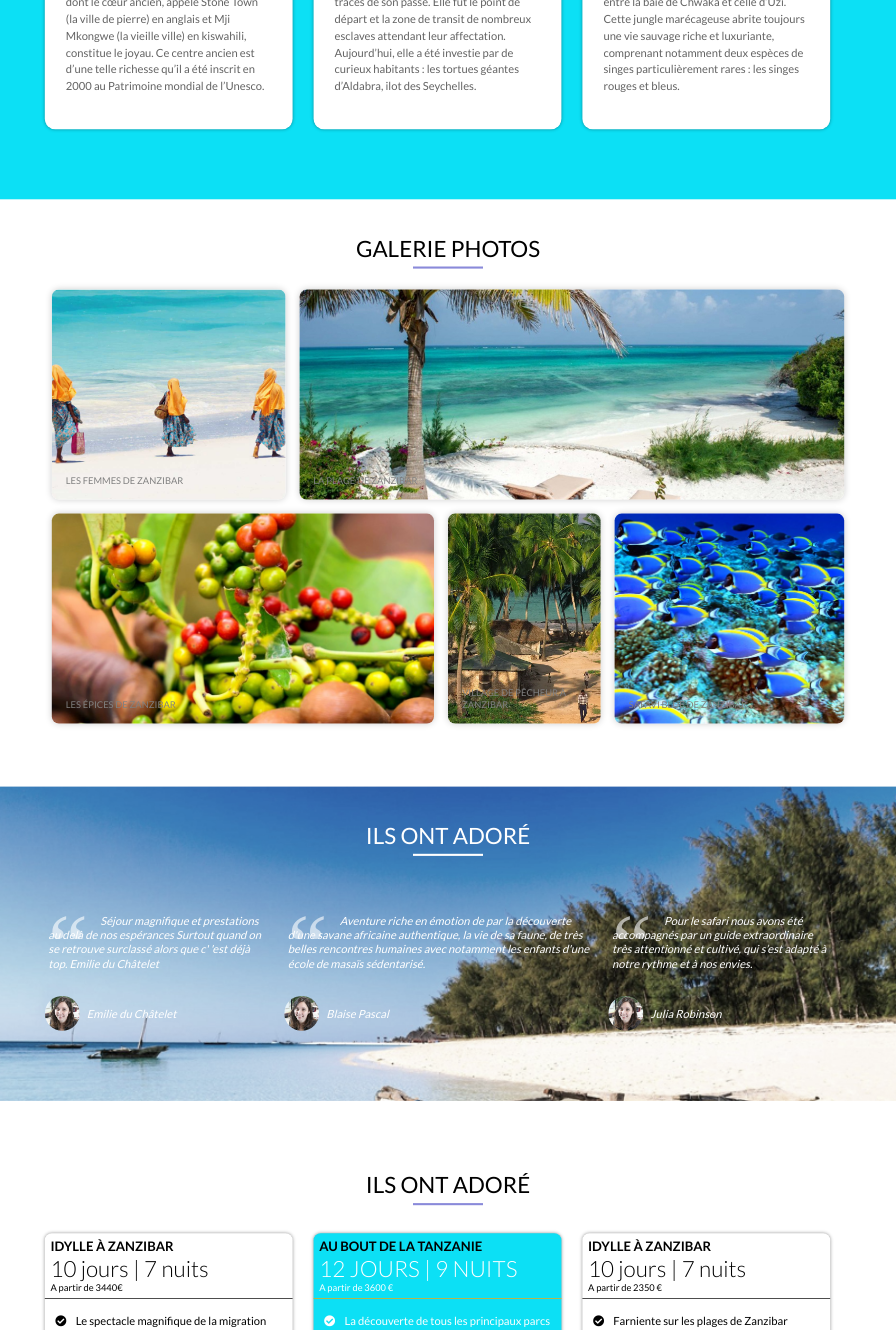
Repository: ypiard85/zanzibar
Page: index.html
These files come from the project's save history. The page is drawn as it stood at one moment and after the next save; the edit follows.
The browser window is 1280 px wide. The pictures show the part of the page from y = 2364 to 4264 px (the page is 5518 px tall before and 5069 px after), at 70% of full size.
Pictures or frames that could not be fetched are drawn as grey boxes. Some web fonts or font styles are not loaded; a fallback is used.

Above is the page before, as saved 2021-03-01 15:13:30.

After the next save:
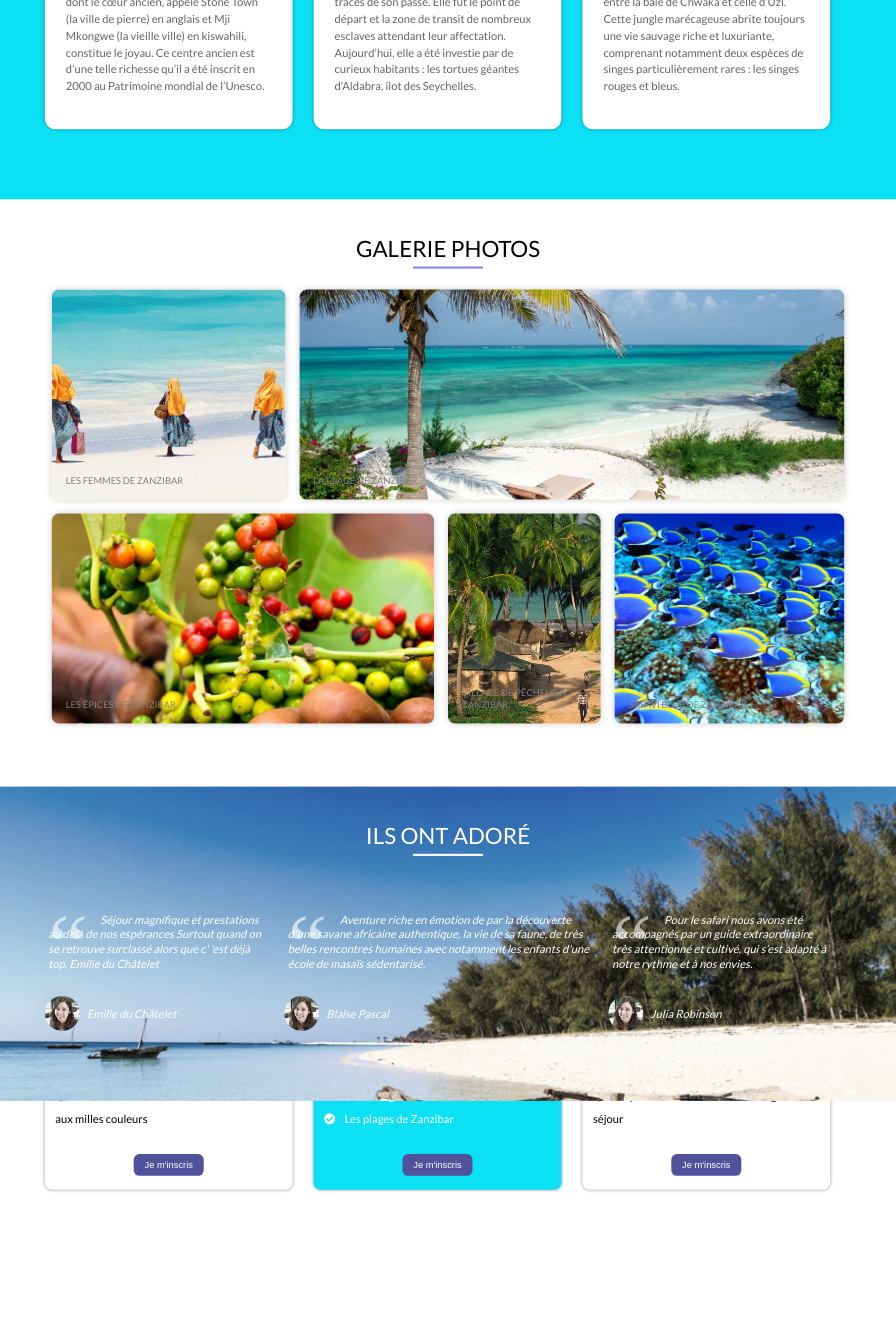
Saved 17 s later.
--- a/style.css
+++ b/style.css
@@ -313,7 +313,7 @@
     background-image: url('./the-paysage.jpg');
     background-repeat: no-repeat;
     background-size: cover;
-    background-position: fixed ;
+    position: fixed;
     filter: grayscale(50%);
 
 }

After the save that followed:
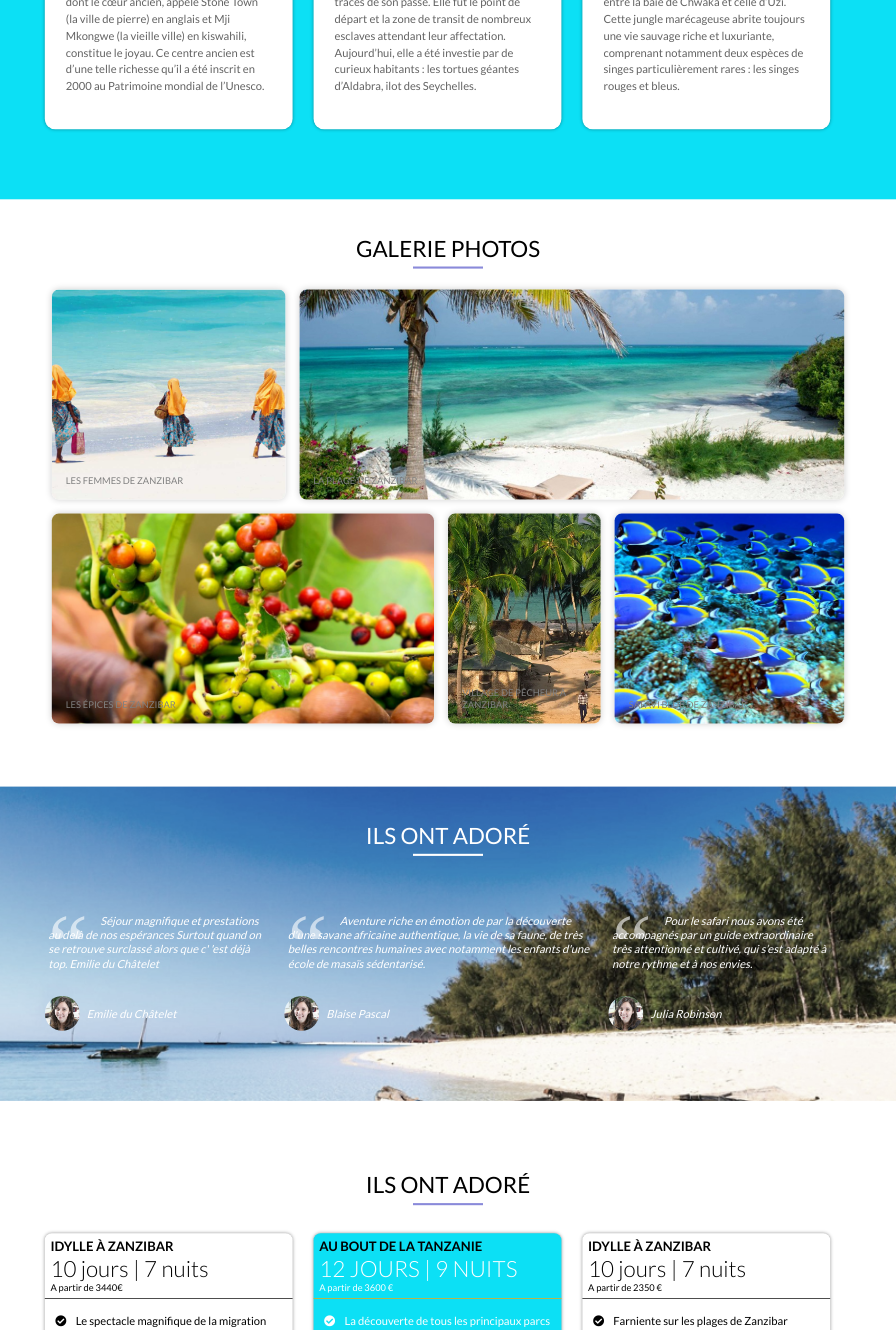
Saved 20 s later.
--- a/style.css
+++ b/style.css
@@ -313,7 +313,7 @@
     background-image: url('./the-paysage.jpg');
     background-repeat: no-repeat;
     background-size: cover;
-    position: fixed;
+    background-position: fixed;
     filter: grayscale(50%);
 
 }
